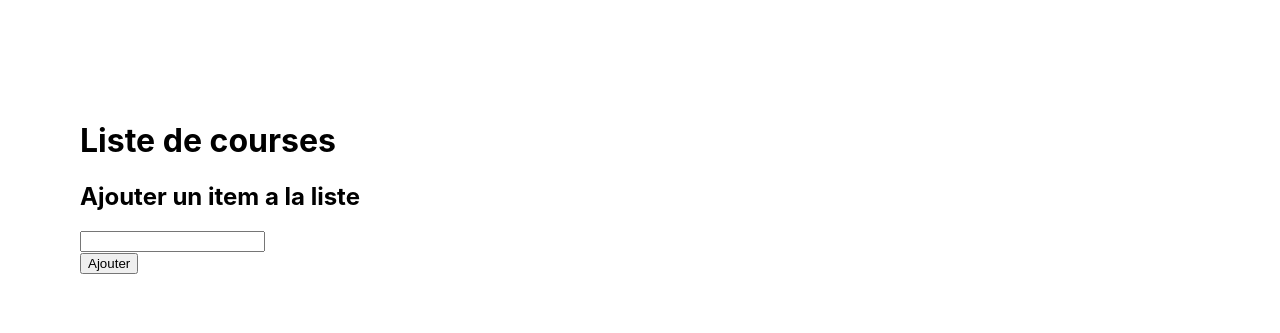
Repository: Retroscilo/partiel-js
Page: /
An editor plug-in stored every save of this project. The page is shown before and after the next save, followed by the edit.
The browser window is 1280 px wide. The pictures show the whole page.
The project was rebuilt for these pictures with package versions that can differ from the ones it lists, and the page was loaded fresh each time. Also part of the build but not shown: src/Item.jsx.

Above is the page before, as saved 2022-02-23 09:16:11.

### src/App.jsx
import logo from "./logo.svg";
import "./App.css";
import React, { useState } from "react";
import Item from "./Item";

function App() {
  const [inputValue, setInputValue] = useState();
  const [items, setItems] = useState([]);

  const addItem = (e) => {
    e.preventDefault();
    const newItems = [...items, inputValue];
    setItems(newItems)
  };
  return (
    <div className="App">
      <h1>Liste de courses</h1>
      {items.map(item => (
        <Item item={item} />
      ))}
      <div>
        <h2>Ajouter un item a la liste</h2>
        <input type="text" onChange={e => setInputValue(e.target.value)} style={{display: 'block'}} />
        <button onClick={addItem}>Ajouter</button>
      </div>
    </div>
  );
}

export default App;

### src/App.css
.App {
  max-width: 1120px;
  margin: auto;
  padding: 100px 75px;
}

.App-logo {
  height: 40vmin;
  pointer-events: none;
}

@media (prefers-reduced-motion: no-preference) {
  .App-logo {
    animation: App-logo-spin infinite 20s linear;
  }
}

.App-header {
  background-color: #282c34;
  min-height: 100vh;
  display: flex;
  flex-direction: column;
  align-items: center;
  justify-content: center;
  font-size: calc(10px + 2vmin);
  color: white;
}

.App-link {
  color: #61dafb;
}

@keyframes App-logo-spin {
  from {
    transform: rotate(0deg);
  }
  to {
    transform: rotate(360deg);
  }
}

Loaded but not shown: public/index.html (common file); src/index.js (common file); src/index.css (common file); src/reportWebVitals.js (common file)

After the next save:
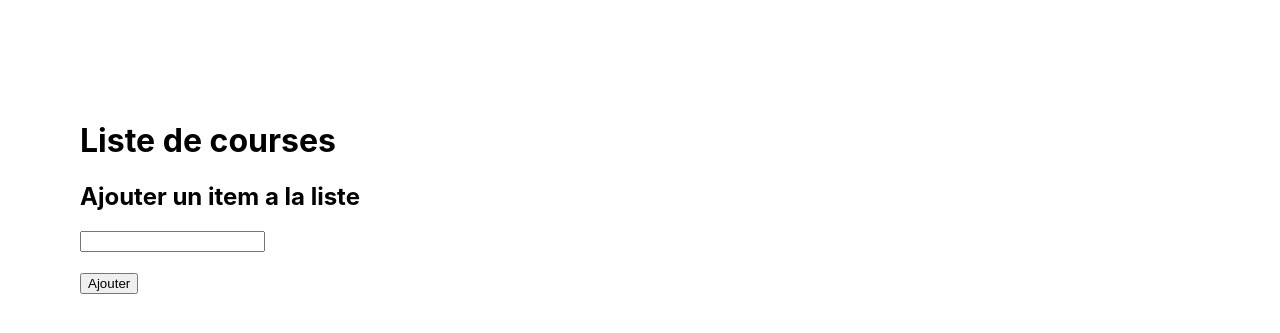
Saved 11 s later.
--- a/src/App.jsx
+++ b/src/App.jsx
@@ -20,7 +20,7 @@ function App() {
       ))}
       <div>
         <h2>Ajouter un item a la liste</h2>
-        <input type="text" onChange={e => setInputValue(e.target.value)} style={{display: 'block'}} />
+        <input type="text" onChange={e => setInputValue(e.target.value)} style={{display: 'block', marginBottom: "20px"}} />
         <button onClick={addItem}>Ajouter</button>
       </div>
     </div>
